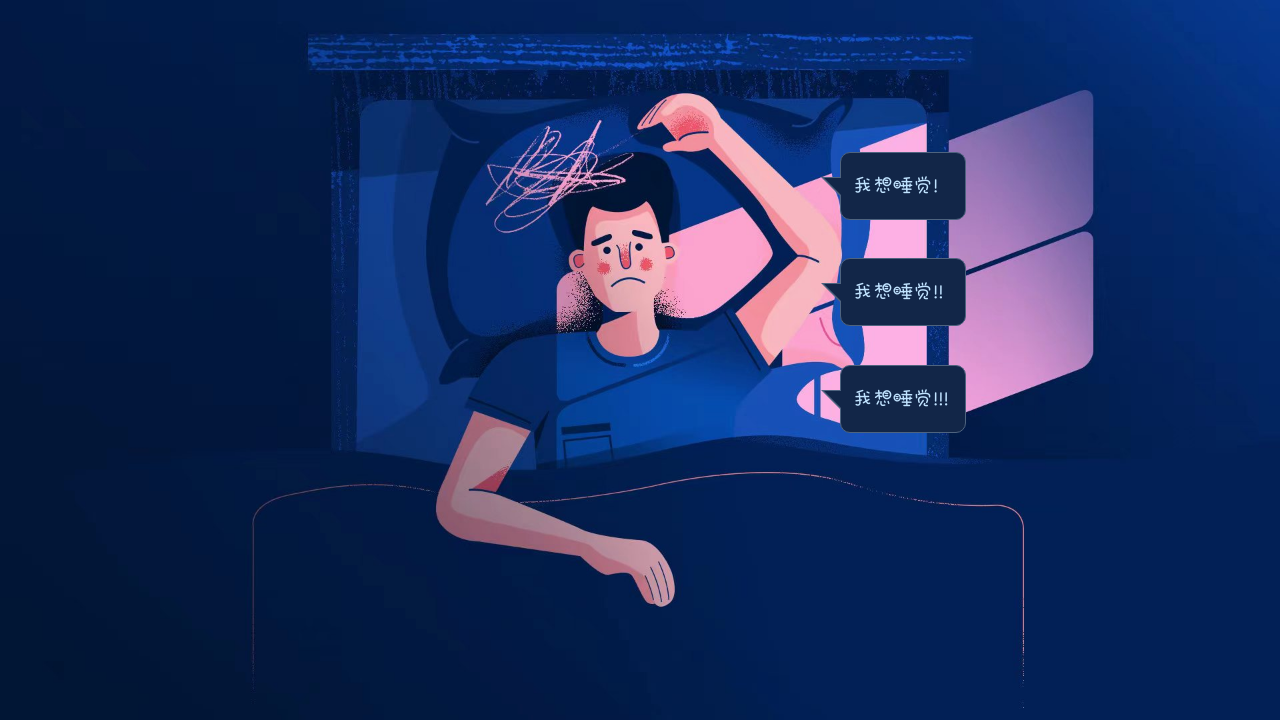
Repository: chjyume/zhongyi
Page: index2.html
These files come from the project's save history. The page is drawn as it stood at one moment and after the next save; the edit follows.
The browser window is 1280 px wide. The page is 1288 px wide, so the pictures cover 1288 px, including what lies to the right of the window. The pictures show the whole page.

Above is the page before, as saved 2023-06-25 09:58:45.

### index2.html
<!DOCTYPE html>
<html>
	<head>
        <meta charset="utf-8" />
		<title>小故事引入</title>

        <link href="css\index2.css" rel="stylesheet" type="text/css">
		<link rel="stylesheet" href="Family/font.css">
	</head>
	<style>
	body
	{

        background-image:url("img/img2-1.png");
		background-repeat:no-repeat;
        height: 100%;
        width: 100%;
        background-size:cover;
        position:absolute;
        left:0;
        top:0;
	}
	</style>
	<body>
		<div class="bubble" id="text1" style="width: 100px">我想睡觉!</div>
		<div class="bubble" id="text2" style="width: 100px">我想睡觉!!</div>
		<div class="bubble" id="text3" style="width: 100px">我想睡觉!!!</div>


	</body>
</html>

### css/index2.css

.bubble {

    position: relative;
    padding: 20px 12px;
    font-family:HYLeMiaoTi;
    font-size: 20px;
    line-height: 26px;
    top: calc(20%);
    left: calc(65%);
    color: #c0e3ff;
    background: #122648;
    border: 1px solid #4e637e;
    border-radius: 10px;
    opacity: 0;
  }
  #text1{

    animation: bubble 2s linear 0s 1 normal forwards;
  }
  #text2{
    margin-top: calc(3%);
    animation: bubble 2s linear 1.5s 1 normal forwards;
  }
  #text3{
    margin-top: calc(3%);
    animation: bubble 2s linear 3s 1 normal forwards;
  }

  @keyframes bubble {
    0% {
      opacity: 0;
  }
  100% {
    opacity: 1;
  }
}
  .bubble::before,
  .bubble::after {

    position: absolute;
    left: -20px;
    top:24px;
    display: block;
    font-size: 0;
    line-height: 0;
    border-color: #4e637e #4e637e transparent transparent;
    border-style: solid;
    border-width: 10px;
    content: "";
  }

  .bubble::after {
    left: -17px;
    top:25px;
    border-color: #122648 #122648 transparent transparent;
  }

### family/font.css
@font-face {
    font-family: "HYLeMiaoTi";
    src:url("HYLeMiaoTiJ.ttf");
    font-weight: normal;
    font-style: normal;
}

After the next save:
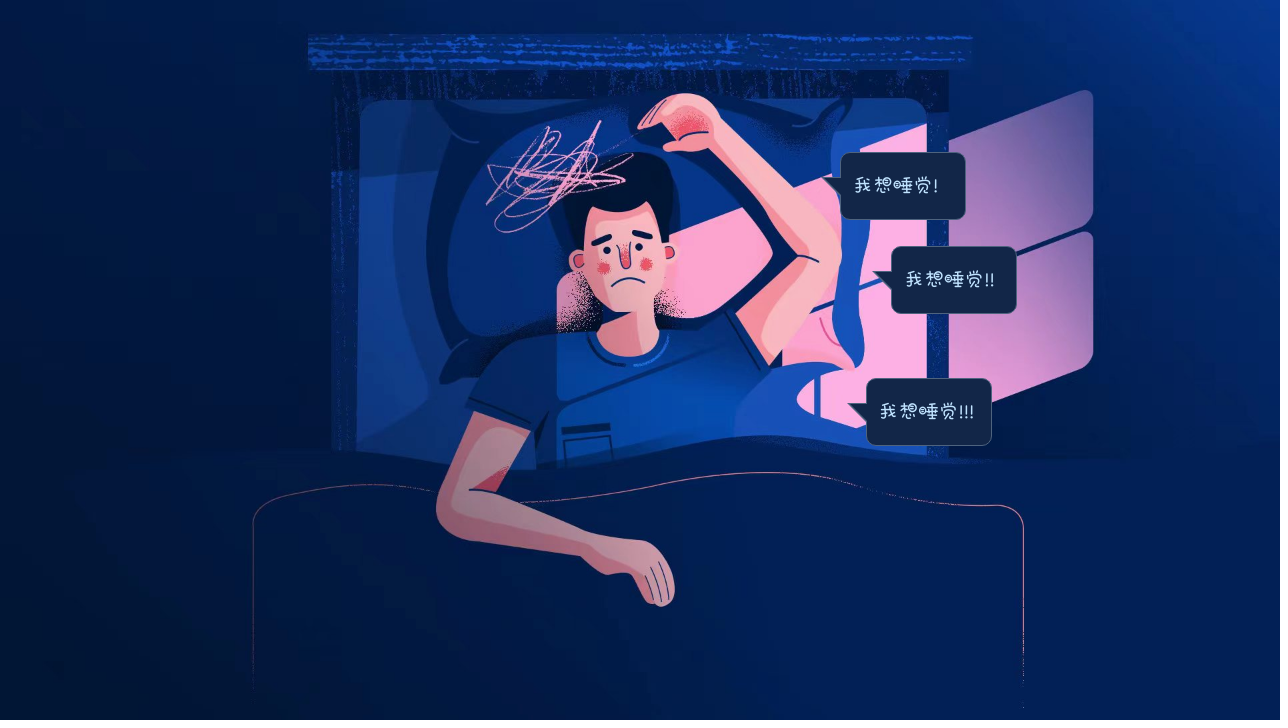
Saved 77 s later.
--- a/css/index2.css
+++ b/css/index2.css
@@ -19,11 +19,13 @@
     animation: bubble 2s linear 0s 1 normal forwards;
   }
   #text2{
-    margin-top: calc(3%);
+    margin-top: calc(2%);
+    margin-left: calc(4%);
     animation: bubble 2s linear 1.5s 1 normal forwards;
   }
   #text3{
-    margin-top: calc(3%);
+    margin-top: calc(5%);
+    margin-left: calc(2%);
     animation: bubble 2s linear 3s 1 normal forwards;
   }
 
